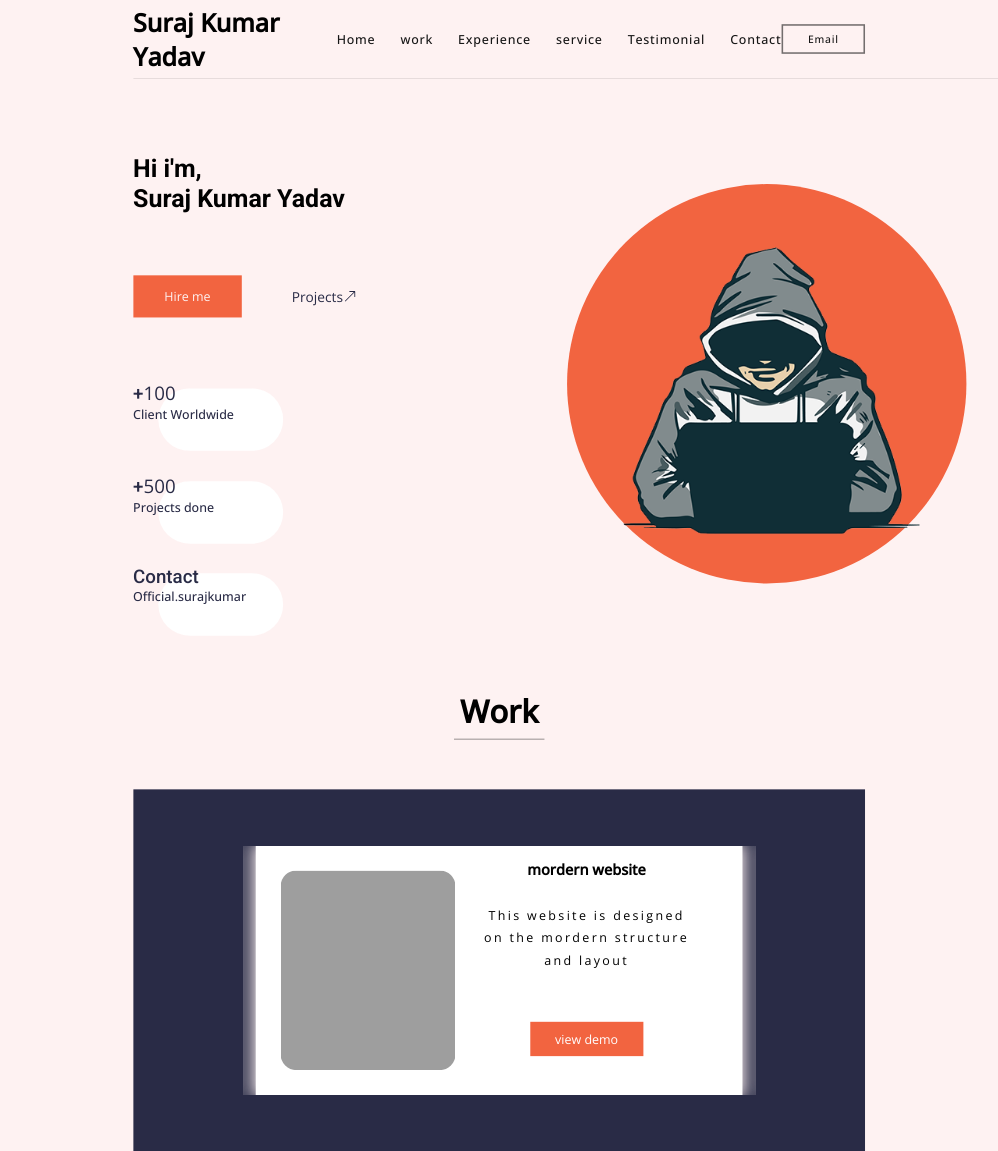
Repository: suraj-yadav7/portfolio-reactjs
Page: /
The author's editor kept a copy of each file at every save. The page is drawn from the files as they stood at one save, then again after the next save.
The browser window is 1280 px wide. The pictures show the whole page, at 78% of full size.
Pictures or frames that could not be fetched are drawn as grey boxes. The project was rebuilt for these pictures with package versions that can differ from the ones it lists, and the page was loaded fresh each time.

Above is the page before, as saved 2023-04-10 18:46:04.

After the next save:
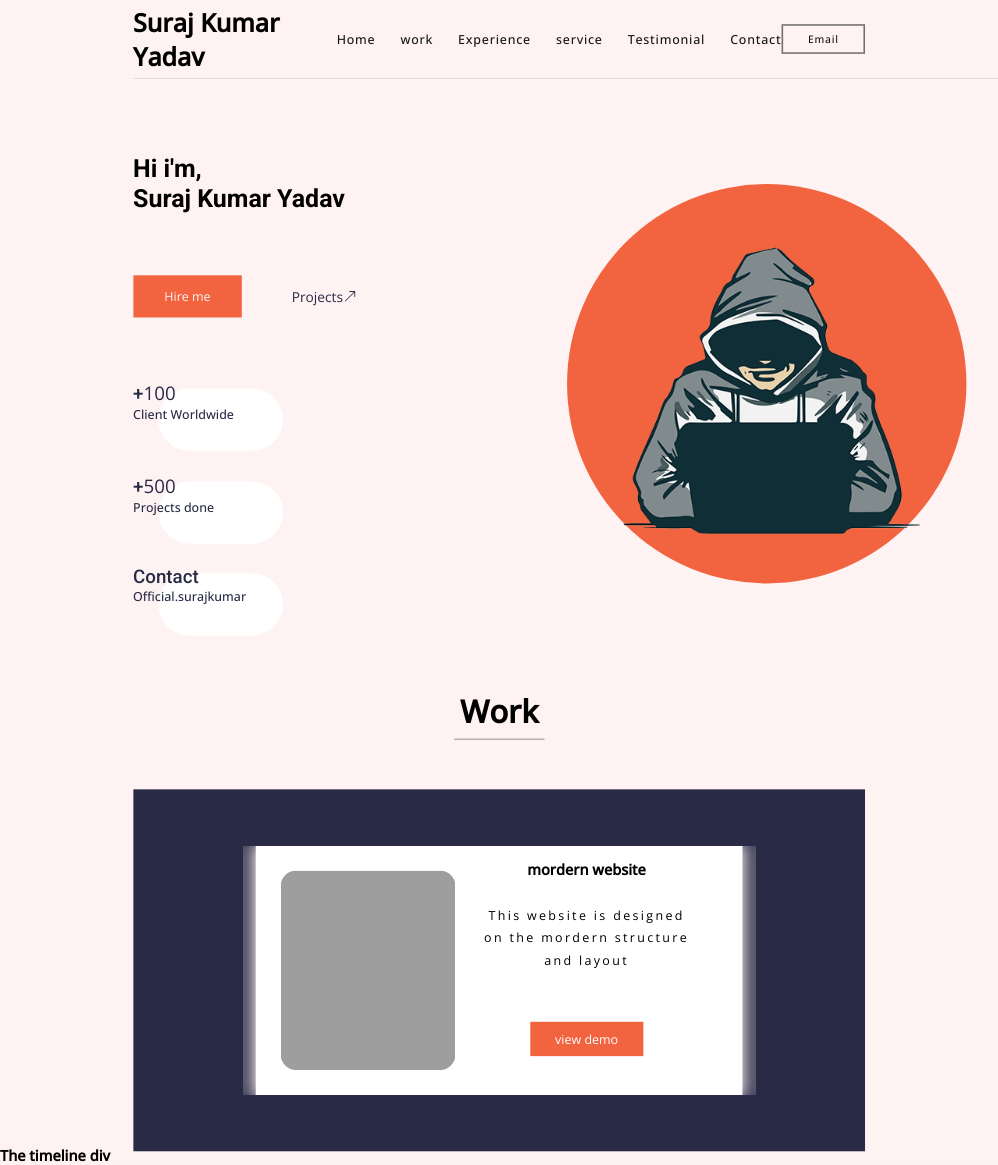
Saved 34 s later.
--- a/src/components/Timeline.jsx
+++ b/src/components/Timeline.jsx
@@ -6,6 +6,7 @@
         <>
         <div id="timeline">
             <div className="timelineBox">
+                <h3>The timeline div </h3>
             {
             data.projects.map((item,index)=>(
                 <TimelineItem heading={item.title} text={item.date} index={index} key={index }/>
